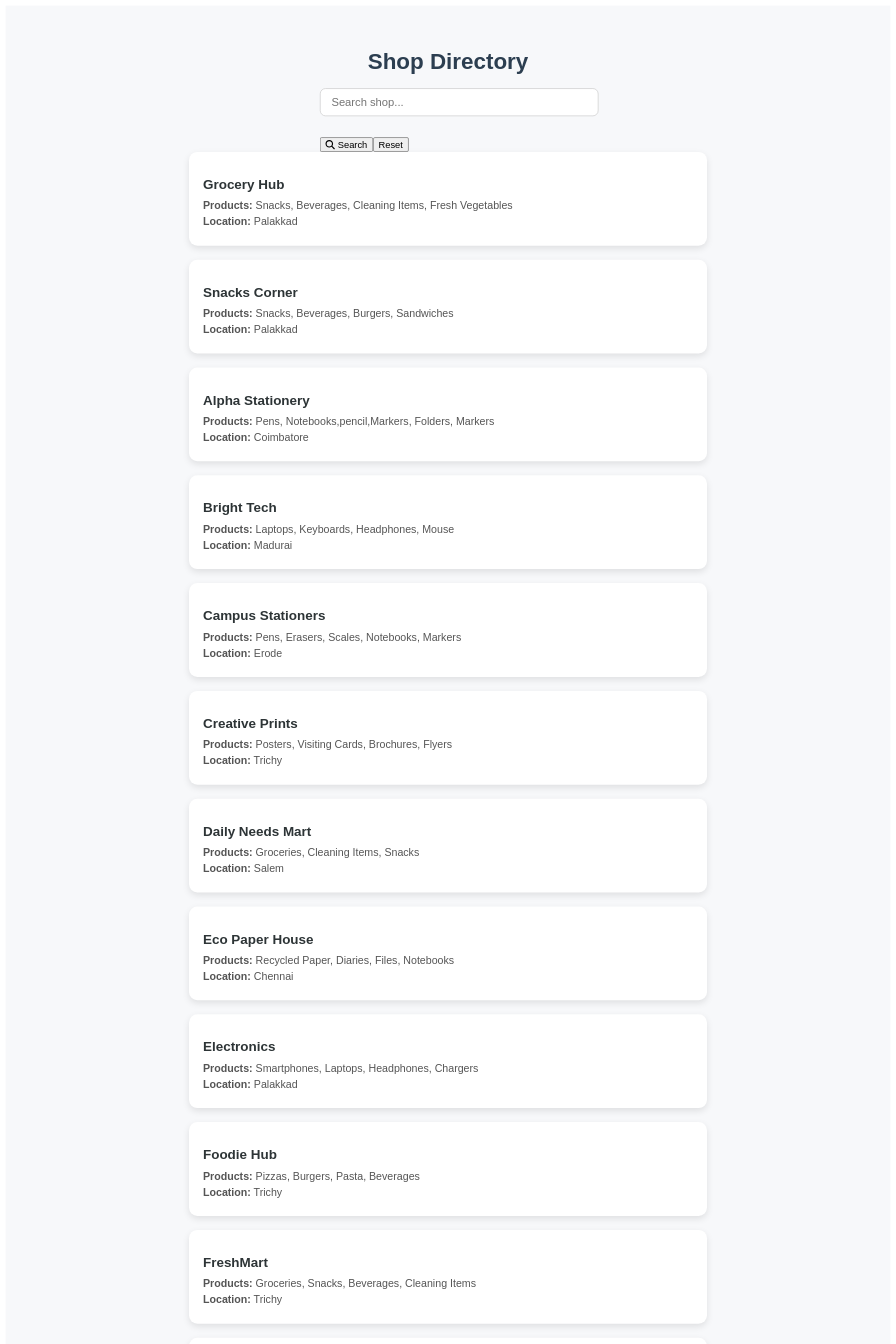
Repository: Pavithra-09git/CarSort
Page: /
These files come from the project's save history. The page is drawn as it stood at one moment and after the next save; the edit follows.
The browser window is 1280 px wide. The pictures show the part of the page from y = 0 to 1920 px (the page is 4863 px tall before and 3691 px after), at 70% of full size.
The project was rebuilt for these pictures with package versions that can differ from the ones it lists, and the page was loaded fresh each time. Also part of the build but not shown: vite.config.js.

Above is the page before, as saved 2025-10-26 12:26:34.

### index.html
<!doctype html>
<html lang="en">
  <head>
    <meta charset="UTF-8" />
    <link rel="icon" type="image/svg+xml" href="/vite.svg" />
    <meta name="viewport" content="width=device-width, initial-scale=1.0" />
    <title>table</title>
  </head>
  <body>
    <div id="root"></div>
    <script type="module" src="/src/main.jsx"></script>
  </body>
</html>

### src/App.jsx
import React, { useState } from "react";
import { shops } from './data';
import "./App.css";

// Font Awesome
import { FontAwesomeIcon } from '@fortawesome/react-fontawesome';
import { faMagnifyingGlass } from '@fortawesome/free-solid-svg-icons';

function App() {
  const [search, setSearch] = useState("");
  const [filteredShop, setFilteredShop] = useState(null);

  const sortedShops = [...shops].sort((a, b) => a.name.localeCompare(b.name));

  const handleSearch = () => {
    const result = sortedShops.find(
      (shop) =>
        shop.name.toLowerCase().includes(search.toLowerCase()) ||
        shop.products.toLowerCase().includes(search.toLowerCase())
    );
    setFilteredShop(result);
  };

  const handleReset = () => {
    setSearch("");
    setFilteredShop(null);
  };

  return (
    <div className="container">
      <h1>Shop Directory</h1>

      <div className="search-container">
        <input
          type="text"
          placeholder="Search shop..."
          value={search}
          onChange={(e) => setSearch(e.target.value)}
          className="search-box"
        />
        <button onClick={handleSearch} className="search-btn">
          <FontAwesomeIcon icon={faMagnifyingGlass} /> Search
        </button>
        <button onClick={handleReset} className="reset-btn">Reset</button>
      </div>

      <div className="card-column">
        {filteredShop ? (
          <div className="card" key={filteredShop.id}>
            <h2>{filteredShop.name}</h2>
            <p><strong>Products:</strong> {filteredShop.products}</p>
            <p><strong>Location:</strong> {filteredShop.location}</p>
          </div>
        ) : (
          sortedShops.map((shop) => (
            <div className="card" key={shop.id}>
              <h2>{shop.name}</h2>
              <p><strong>Products:</strong> {shop.products}</p>
              <p><strong>Location:</strong> {shop.location}</p>
            </div>
          ))
        )}
      </div>
    </div>
  );
}

export default App;

### src/data.js
export const shops = [
  { id: 1, name: "Alpha Stationery", products: "Pens, Notebooks,pencil,Markers, Folders, Markers", location: "Coimbatore" },
  { id: 2, name: "Eco Paper House", products: "Recycled Paper, Diaries, Files, Notebooks", location: "Chennai" },
  { id: 3, name: "Campus Stationers", products: "Pens, Erasers, Scales, Notebooks, Markers", location: "Erode" },
  { id: 4, name: "Paper World", products: "Files, Diaries, Folders, A4 Sheets, Notebooks", location: "Chennai" },
  { id: 5, name: "Office Essentials", products: "Pens, Files, Notebooks, Diaries, Staplers", location: "Madurai" },
  { id: 6, name: "Stationery Hub", products: "Pens, Notebooks, Pencils, Markers", location: "Palakkad" },
  { id: 7, name: "Notebook Planet", products: "Notebooks, Diaries,pencil Folders, Pens", location: "Palakkad" },
  { id: 8, name: "Bright Tech", products: "Laptops, Keyboards, Headphones, Mouse", location: "Madurai" },
  { id: 9, name: "Smart Gadgets Hub", products: "Smartphones, Chargers, Speakers, Headphones", location: "Coimbatore" },
  { id: 10, name: "Techno Zone", products: "Laptops, Mouse, Monitors, Chargers, Keyboards", location: "Trichy" },
  { id: 11, name: "Gadget World", products: "Smartphones, Laptops, Headphones, Speakers, Monitors", location: "Salem" },
  { id: 12, name: "Electronics", products: "Smartphones, Laptops, Headphones, Chargers", location: "Palakkad" },
  { id: 13, name: "Daily Needs Mart", products: "Groceries, Cleaning Items, Snacks", location: "Salem" },
  { id: 14, name: "Green Leaf Grocers", products: "Snacks, Organic Food, Cleaning Items, Vegetables", location: "Coimbatore" },
  { id: 15, name: "Home Essentials", products: "Cleaning Items, Groceries, Snacks, Toiletries", location: "Salem" },
  { id: 16, name: "QuickMart", products: "Groceries, Beverages, Snacks, Household Items", location: "Chennai" },
  { id: 17, name: " Grocery Hub", products: "Snacks, Beverages, Cleaning Items, Fresh Vegetables", location: "Palakkad" },
  { id: 18, name: "FreshMart", products: "Groceries, Snacks, Beverages, Cleaning Items", location: "Trichy" },
  { id: 19, name: "Tasty Treats", products: "Burgers, Pizzas, Sandwiches, Beverages", location: "Chennai" },
  { id: 20, name: "Healthy Bites", products: "Salads, Smoothies, Sandwiches, Juices", location: "Coimbatore" },
  { id: 21, name: "Foodie Hub", products: "Pizzas, Burgers, Pasta, Beverages", location: "Trichy" },
  { id: 22, name: " Snacks Corner", products: "Snacks, Beverages, Burgers, Sandwiches", location: "Palakkad" },
  { id: 23, name: "Snack Attack", products: "Burgers, Sandwiches, Fries, Beverages", location: "Madurai" },
  { id: 24, name: "Knowledge Academy", products: "Books, Stationery, Educational Kits", location: "Madurai" },
  { id: 25, name: "Smart Learning Center", products: "Books, Worksheets, Study Materials, Learning Kits", location: "Coimbatore" },
  { id: 26, name: "Learning Hub", products: "Books, Notebooks, Educational Games, Worksheets", location: "Palakkad" },
  { id: 27, name: "Study Smart", products: "Books, Worksheets, Notebooks, Study Kits", location: "Trichy" },
  { id: 28, name: "Creative Prints", products: "Posters, Visiting Cards, Brochures, Flyers", location: "Trichy" },
  { id: 29, name: "PrintCraft Studio", products: "Brochures, Business Cards, Posters, Flyers, Banners", location: "Coimbatore" },
  { id: 30, name: "Print Hub", products: "Business Cards, Brochures, Posters, Flyers", location: "Palakkad" }
];

### src/App.css
/* Main container */
.container {
  min-height: 100vh;
  background-color: #f7f8fa;
  display: flex;
  flex-direction: column;
  align-items: center;
  padding: 40px 20px;
  font-family: "Poppins", sans-serif;
}

/* Title */
h1 {
  color: #2c3e50;
  margin-bottom: 20px;
  font-size: 2rem;
  text-align: center;
}

/* Search bar */
.search-box {
  width: 100%;
  max-width: 400px;
  padding: 10px 15px;
  border: 1px solid #ccc;
  border-radius: 8px;
  outline: none;
  font-size: 16px;
  transition: 0.3s;
  margin-bottom: 30px;
}

.search-box:focus {
  border-color: #007bff;
  box-shadow: 0 0 5px rgba(0, 123, 255, 0.3);
}

/* Cards vertical layout */
.card-column {
  display: flex;
  flex-direction: column;
  align-items: center;
  gap: 20px;
  width: 100%;
  max-width: 700px;
}

/* Individual card */
.card {
  background-color: white;
  border-radius: 12px;
  box-shadow: 0 4px 10px rgba(0, 0, 0, 0.1);
  width: 100%;
  padding: 20px;
  transition: transform 0.3s ease, box-shadow 0.3s ease;
}

.card:hover {
  transform: translateY(-5px);
  box-shadow: 0 6px 15px rgba(0, 0, 0, 0.15);
}

/* Card text */
.card h2 {
  font-size: 1.2rem;
  color: #2d3436;
  margin-bottom: 10px;
}

.card p {
  font-size: 0.95rem;
  color: #555;
  margin: 6px 0;
}

/* No result text */
.no-result {
  color: #777;
  text-align: center;
  font-size: 1rem;
}

Loaded but not shown: src/main.jsx (common file)

After the next save:
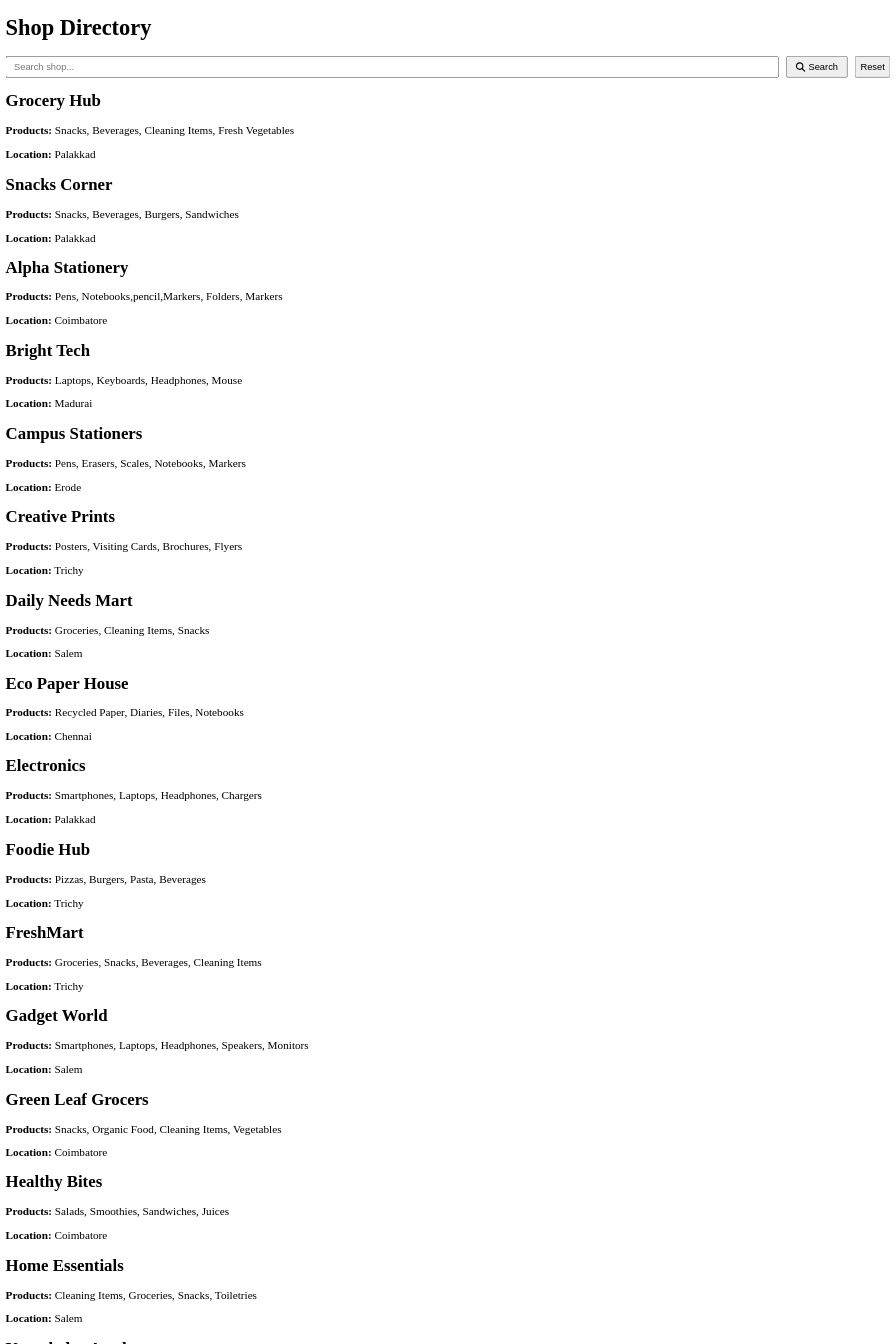
Saved 15 s later.
--- a/src/App.css
+++ b/src/App.css
@@ -1,81 +1,18 @@
-/* Main container */
-.container {
-  min-height: 100vh;
-  background-color: #f7f8fa;
+.search-container {
   display: flex;
-  flex-direction: column;
-  align-items: center;
-  padding: 40px 20px;
-  font-family: "Poppins", sans-serif;
+  gap: 10px;
+  margin-bottom: 20px;
 }
 
-/* Title */
-h1 {
-  color: #2c3e50;
-  margin-bottom: 20px;
-  font-size: 2rem;
-  text-align: center;
+.search-btn {
+  display: flex;
+  align-items: center;
+  gap: 5px;
+  padding: 6px 12px;
+  cursor: pointer;
 }
 
-/* Search bar */
 .search-box {
-  width: 100%;
-  max-width: 400px;
-  padding: 10px 15px;
-  border: 1px solid #ccc;
-  border-radius: 8px;
-  outline: none;
-  font-size: 16px;
-  transition: 0.3s;
-  margin-bottom: 30px;
+  flex: 1;
+  padding: 6px 10px;
 }
-
-.search-box:focus {
-  border-color: #007bff;
-  box-shadow: 0 0 5px rgba(0, 123, 255, 0.3);
-}
-
-/* Cards vertical layout */
-.card-column {
-  display: flex;
-  flex-direction: column;
-  align-items: center;
-  gap: 20px;
-  width: 100%;
-  max-width: 700px;
-}
-
-/* Individual card */
-.card {
-  background-color: white;
-  border-radius: 12px;
-  box-shadow: 0 4px 10px rgba(0, 0, 0, 0.1);
-  width: 100%;
-  padding: 20px;
-  transition: transform 0.3s ease, box-shadow 0.3s ease;
-}
-
-.card:hover {
-  transform: translateY(-5px);
-  box-shadow: 0 6px 15px rgba(0, 0, 0, 0.15);
-}
-
-/* Card text */
-.card h2 {
-  font-size: 1.2rem;
-  color: #2d3436;
-  margin-bottom: 10px;
-}
-
-.card p {
-  font-size: 0.95rem;
-  color: #555;
-  margin: 6px 0;
-}
-
-/* No result text */
-.no-result {
-  color: #777;
-  text-align: center;
-  font-size: 1rem;
-}

After the save that followed:
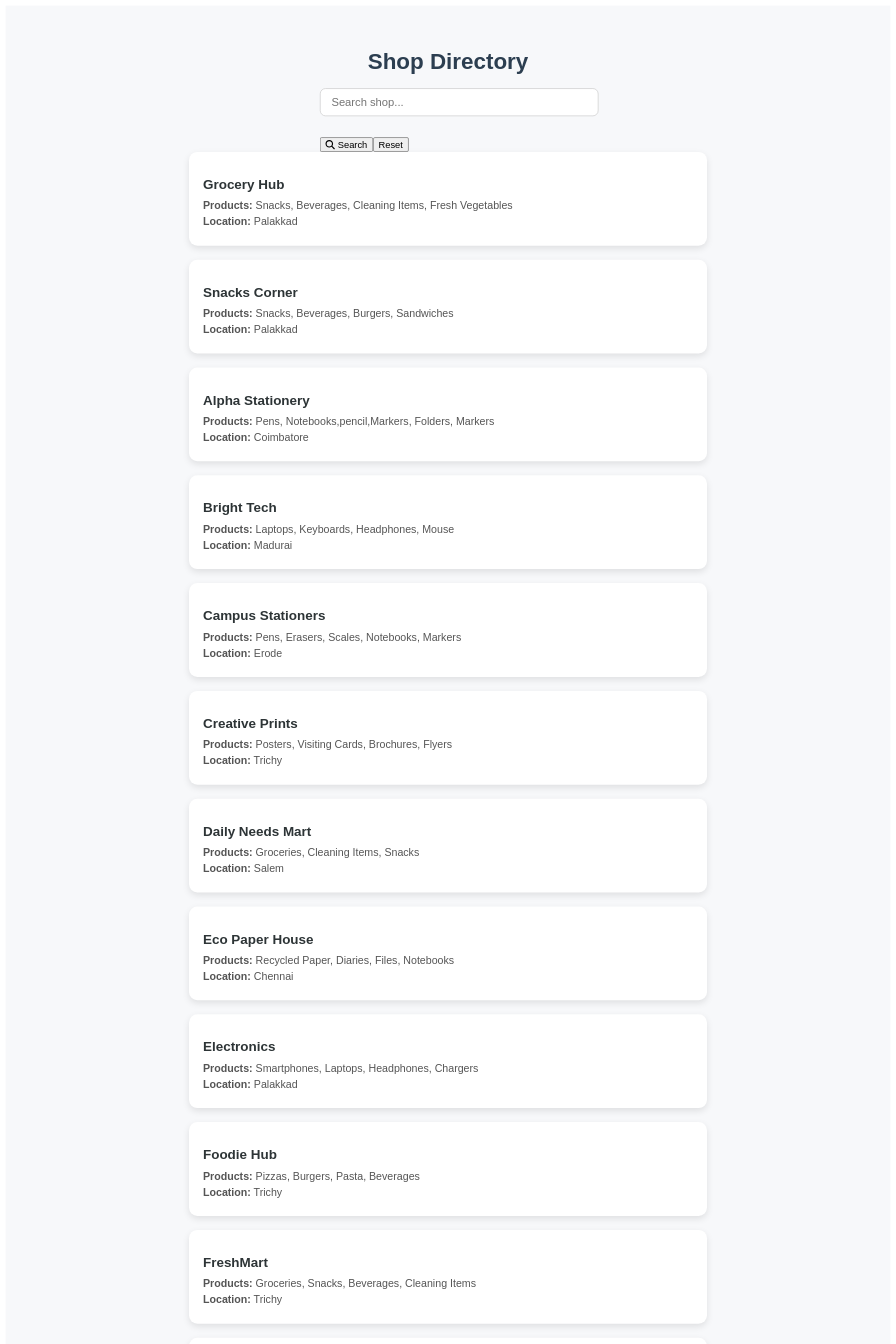
Saved 3 min 39 s later.
--- a/src/App.css
+++ b/src/App.css
@@ -1,18 +1,81 @@
-.search-container {
+/* Main container */
+.container {
+  min-height: 100vh;
+  background-color: #f7f8fa;
   display: flex;
-  gap: 10px;
-  margin-bottom: 20px;
+  flex-direction: column;
+  align-items: center;
+  padding: 40px 20px;
+  font-family: "Poppins", sans-serif;
 }
 
-.search-btn {
-  display: flex;
-  align-items: center;
-  gap: 5px;
-  padding: 6px 12px;
-  cursor: pointer;
+/* Title */
+h1 {
+  color: #2c3e50;
+  margin-bottom: 20px;
+  font-size: 2rem;
+  text-align: center;
 }
 
+/* Search bar */
 .search-box {
-  flex: 1;
-  padding: 6px 10px;
+  width: 100%;
+  max-width: 400px;
+  padding: 10px 15px;
+  border: 1px solid #ccc;
+  border-radius: 8px;
+  outline: none;
+  font-size: 16px;
+  transition: 0.3s;
+  margin-bottom: 30px;
 }
+
+.search-box:focus {
+  border-color: #007bff;
+  box-shadow: 0 0 5px rgba(0, 123, 255, 0.3);
+}
+
+/* Cards vertical layout */
+.card-column {
+  display: flex;
+  flex-direction: column;
+  align-items: center;
+  gap: 20px;
+  width: 100%;
+  max-width: 700px;
+}
+
+/* Individual card */
+.card {
+  background-color: white;
+  border-radius: 12px;
+  box-shadow: 0 4px 10px rgba(0, 0, 0, 0.1);
+  width: 100%;
+  padding: 20px;
+  transition: transform 0.3s ease, box-shadow 0.3s ease;
+}
+
+.card:hover {
+  transform: translateY(-5px);
+  box-shadow: 0 6px 15px rgba(0, 0, 0, 0.15);
+}
+
+/* Card text */
+.card h2 {
+  font-size: 1.2rem;
+  color: #2d3436;
+  margin-bottom: 10px;
+}
+
+.card p {
+  font-size: 0.95rem;
+  color: #555;
+  margin: 6px 0;
+}
+
+/* No result text */
+.no-result {
+  color: #777;
+  text-align: center;
+  font-size: 1rem;
+}
